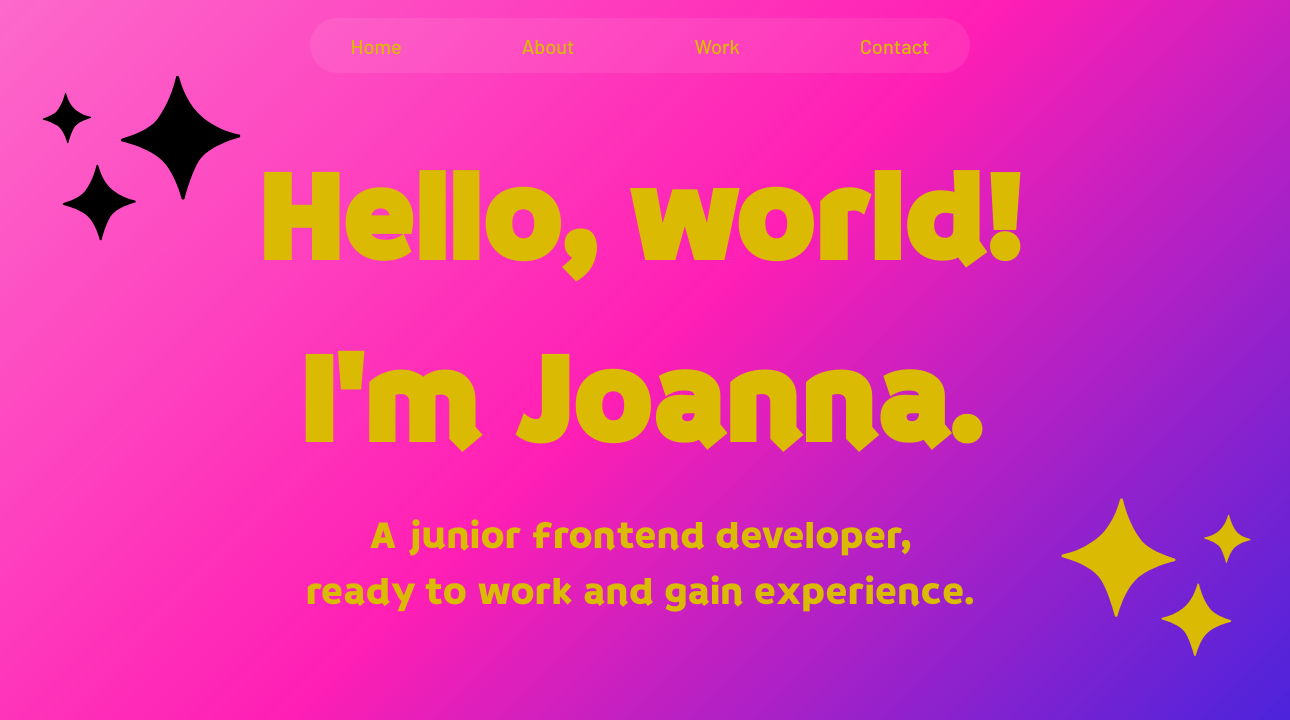
Repository: JJonka/portfolio_site
Page: /
The author's editor kept a copy of each file at every save. The page is drawn from the files as they stood at one save, then again after the next save.
The browser window is 1280 px wide. The page is 1290 px wide, so the pictures cover 1290 px, including what lies to the right of the window. The pictures show the whole page.
The project was rebuilt for these pictures with package versions that can differ from the ones it lists, and the page was loaded fresh each time. Also part of the build but not shown: vite.config.ts, src/components/EndOfSection.module.scss, src/components/EndOfSection.tsx, src/pages/About.tsx, src/components/LogoIcon.module.scss, src/components/LogoIcon.tsx, src/pages/Contact.tsx, src/pages/Work.module.scss and 1 more.

Above is the page before, as saved 2023-10-08 12:45:35.

### index.html
<!doctype html>
<html lang="en">
  <head>
    <meta charset="UTF-8" />
    <link rel="icon" href="./src/assets/jj_logo.svg">
    <meta name="viewport" content="width=device-width, initial-scale=1.0" />
    <title>Joanna Jurasz - software developer</title>
  </head>
  <body>
    <div id="root"></div>
    <script type="module" src="/src/index.tsx"></script>
  </body>
</html>

### src/index.tsx
import React from 'react';
import ReactDOM from 'react-dom/client';
import App from './App';
import { BrowserRouter } from 'react-router-dom';


const root = ReactDOM.createRoot( document.getElementById('root') as HTMLElement);

root.render(
  <BrowserRouter>
    <App />
  </BrowserRouter>
);

### src/App.tsx
import { Routes, Route } from 'react-router-dom';
import HomePage from './pages/HomePage';
import About from './pages/About';
import Contact from './pages/Contact';
import Work from './pages/Work';
import './App.css'


const App = () => {
    return (
      <div>
      <div className='mainBackground' />
      <div className='layer1' />
      <div className='layer2' />

      <Routes>
        <Route path='/' element={ <HomePage /> } />
        <Route path='/about' element={ <About /> } />
        <Route path='/work' element={ <Work /> } />
        <Route path='/contact' element={ <Contact /> }/>
      </Routes>
      </div>
    )
}

export default App;

### src/pages/HomePage.tsx
import Menu from "../components/Menu";
import styles from "./HomePage.module.scss"

const  HomePage = () => {
    return (
      <div className={styles.card}>

        <div className={styles.container}>
        <Menu></Menu>
          <img src="..\src\assets\stars2.svg" className={styles.imgTop}></img>
          <h1 className={styles.header}>Hello, world!<br />I'm Joanna.</h1>
          <h2 className={styles.introduction}>A junior frontend developer, <br />ready to work and gain experience.</h2>
          <img src="..\src\assets\stars.svg" className={styles.imgBottom}></img>
        </div>
      </div>
    )
}

export default HomePage;

### src/App.css
@font-face {
  font-family: 'Barlow-Light';
  src: url(/fonts/Barlow-Light.ttf);
}

@font-face {
	font-family: 'Barlow-Regular' ;
	src: url(/fonts/Barlow-Regular.ttf);
}

body {
	display: flex;
	flex-direction: column;
    align-items: center;
    font-family: 'Barlow-Light';
	text-align: center;
    padding-left: calc(100vw - 100%);
    --main-color: #daba02;
}

.mainBackground {
    background-image: linear-gradient(135deg, #fc79d0 10%, #ff00aaec 50% , #2719e0 85%);
    animation: slide 8s linear infinite alternate;
    animation-fill-mode: backwards;
    animation-delay: -1s;
    position: fixed;
    top: 0;
    bottom: 0;
    left: -50%;
    right: -50%;
    opacity: 0.95;
    z-index: -1;
}




@keyframes slide {
    0% {
        transform: translateX(-20%);
    }
    100% {
        transform: translateX(5%);
    }

}

### src/components/Menu.tsx
import styles from "./Menu.module.scss";
import  LinkToPage  from "./LinkToPage"

const Menu = () => {

    return (
        <div className={styles.menu}>
            <LinkToPage
                link = {'/'}
                urlTo = {"http://localhost:5173/"}
                linkTitle= {"Home"}
            ></LinkToPage>
            <LinkToPage
                link = {'/about'}
                urlTo = {"http://localhost:5173/about"}
                linkTitle= {"About"}
            ></LinkToPage>
            <LinkToPage
                link = {'/work'}
                urlTo = {"http://localhost:5173/work"}
                linkTitle= {"Work"}
            ></LinkToPage>
            <LinkToPage
                link = {'/contact'}
                urlTo = {"http://localhost:5173/contact"}
                linkTitle= {"Contact"}
            ></LinkToPage>
        </div>
    )
};

export default Menu;

### src/pages/HomePage.module.scss
@font-face {
    font-family: 'BraahOne-Regular';
    src: url(/fonts/BraahOne-Regular.ttf);
}

.header {
    color: var(--main-color);
    font-family: "BraahOne-Regular";
    font-size: 130px;
    margin-bottom: 10px;
    margin-top: 25px;
}

.introduction {
    color: var(--main-color);
    font-family: "BraahOne-Regular";
    font-size: 40px;
    font-weight: 50;
    margin-top: 5px;

}

.imgTop {
    position: absolute;
    top: 50px;
    left: 50px;
    max-width: 30%;
    max-height: 30%;
}

.imgBottom {
    position: absolute;
    bottom: 0;
    right: 30px;
    max-width: 30%;
    max-height: 30%;
}

.container {
    display: flex;
    flex-direction: column;
    align-items: center;
    position: relative;
    width: 1300px;
    height: 675px;
}

.card {
    display: flex;
    flex-direction: column;
    align-items: center;
}

### src/pages/About.module.scss
@font-face {
	font-family: 'Barlow-Regular' ;
	src: url(/fonts/Barlow-Regular.ttf);
}

.card {
    display: flex;
    flex-direction: column;
    align-items: center;
}

.header {
    color: var(--main-color);
    font-family: "BraahOne-Regular";
    font-size: 100px;
    margin-bottom: 10px;
    margin-top: 15px;
}

.container {
    justify-content: center;
    display: flex;
    flex-direction: row;
    height: 450px;
    width: 1100px;
    gap: 50px;
    margin-bottom: 10px;
    margin-top: 20px;
}

.image {
    max-width: 90%;
    max-height: 90%;
}

.text {
    height: 400px;
    width: 550px;
    display: flex;
    flex-direction: column;
    align-items: center;
    justify-content: center;
}

.aboutMe {
    font-family: "Barlow-Regular";
    font-size: 20px;
    color:  rgb(3, 54, 121);
    margin: 0;
    padding: 30px;

}

.box {
    background-color: rgba(255, 255, 255, 0.16);
    border-color: var(--main-color);
    border-radius: 50px;
    border-style: solid;
    border-width: 2px;
    text-align: justify;
}

### src/pages/Contact.module.scss
@font-face {
	font-family: 'Barlow-Regular' ;
	src: url(/fonts/Barlow-Regular.ttf);
}
@font-face {
    font-family: 'Barlow-Medium';
    src: url(/fonts/Barlow-Medium.ttf);
}

.card {
    align-items: center;
    display: flex;
    flex-direction: column;
}

.container {
    display: flex;
    flex-direction: column;
    align-items: center;
    height: 500px;
    width: 1100px;
    margin-bottom: 100px;
}

.header {
    color: var(--main-color);
    font-family: "BraahOne-Regular";
    font-size: 70px;
    margin-bottom: 10px;
    margin-top: 30px;

}

.logos {
    display: flex;
    flex-direction: row;
    gap: 250px;
    margin-top: 50px;
    margin-bottom: 120px;
    justify-content: center;
    width: 1000px;
}

a {
    text-decoration: none;
}

### src/components/Menu.module.scss
@font-face {
    font-family: 'Barlow-Medium';
    src: url(/fonts/Barlow-Medium.ttf);
}


.menu {
    border-radius: 50px;
    font-family: 'Barlow-Medium';
    font-size: 20px;
    margin-top: 10px;
    margin-bottom: 30px;
    width: 620px;
    height: 15px;
    padding: 20px;
    display: flex;
    flex-direction: row;
    align-items: center;
    justify-content: center;
    column-gap: 30px;
    background-color:rgba(255, 255, 255, 0.083);;

}

### src/components/LinkToPage.tsx
import { Link } from "react-router-dom";
import styles from "./LinkToPage.module.scss"

interface LinkTo  {
    link: string
    urlTo: string
    linkTitle: string
}

const LinkToPage = (props: LinkTo) => {
    return (
        <div>
            <Link to={props.link} className={document.URL == props.urlTo ? styles.active : styles.link}>{props.linkTitle} </Link>
        </div>
    )
}

export default LinkToPage

### src/components/LinkToPage.module.scss
.link {
    text-decoration: none;
    color: var(--main-color);
    margin: 10px 25px;
    padding: 5px 20px;
}

.link:hover {
    margin: 10px 25px;
    padding: 5px 20px;
    background-color: rgba(255, 255, 255, 0.259);
    border-radius: 50px;
    transition: background-color 1s;
}

.active {
    text-decoration: none;
    color: var(--main-color);
    margin: 10px 25px;
    padding: 5px 20px;
    background-color: rgba(255, 255, 255, 0.259);
    border-radius: 50px;
}

After the next save:
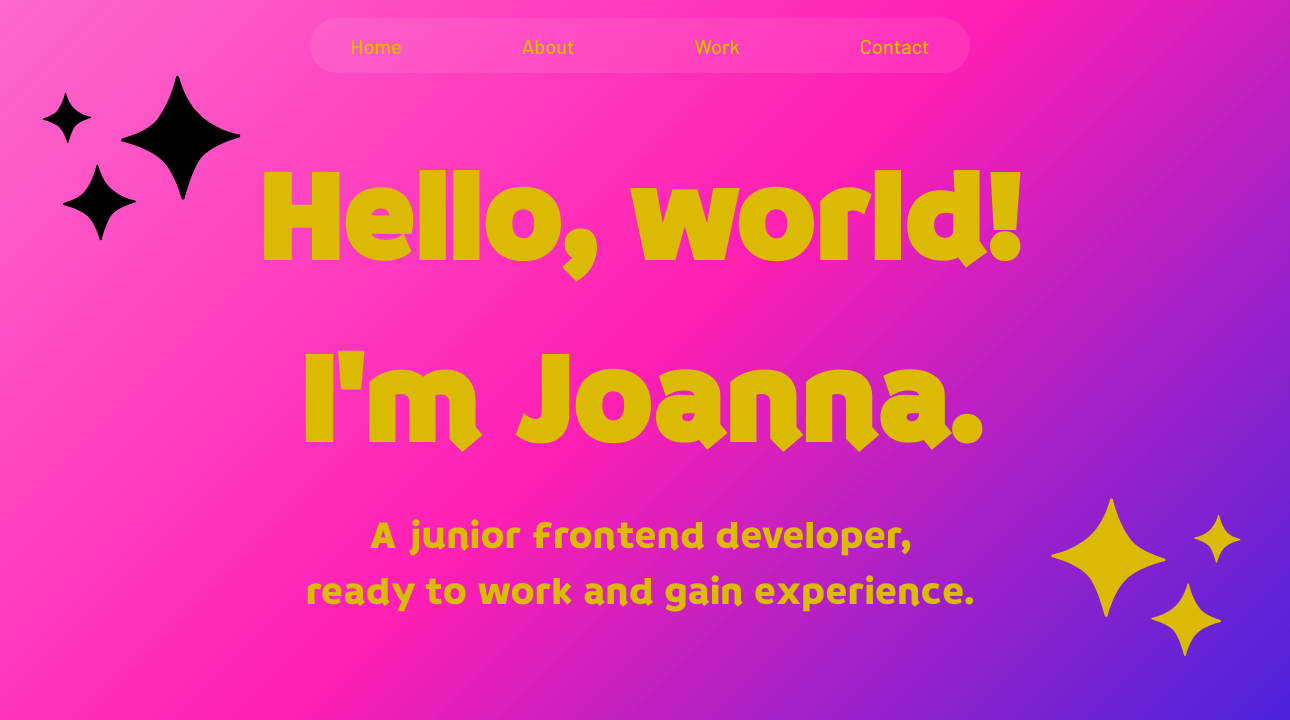
Saved 4 s later.
--- a/src/pages/HomePage.module.scss
+++ b/src/pages/HomePage.module.scss
@@ -31,7 +31,7 @@
 .imgBottom {
     position: absolute;
     bottom: 0;
-    right: 30px;
+    right: 40px;
     max-width: 30%;
     max-height: 30%;
 }
